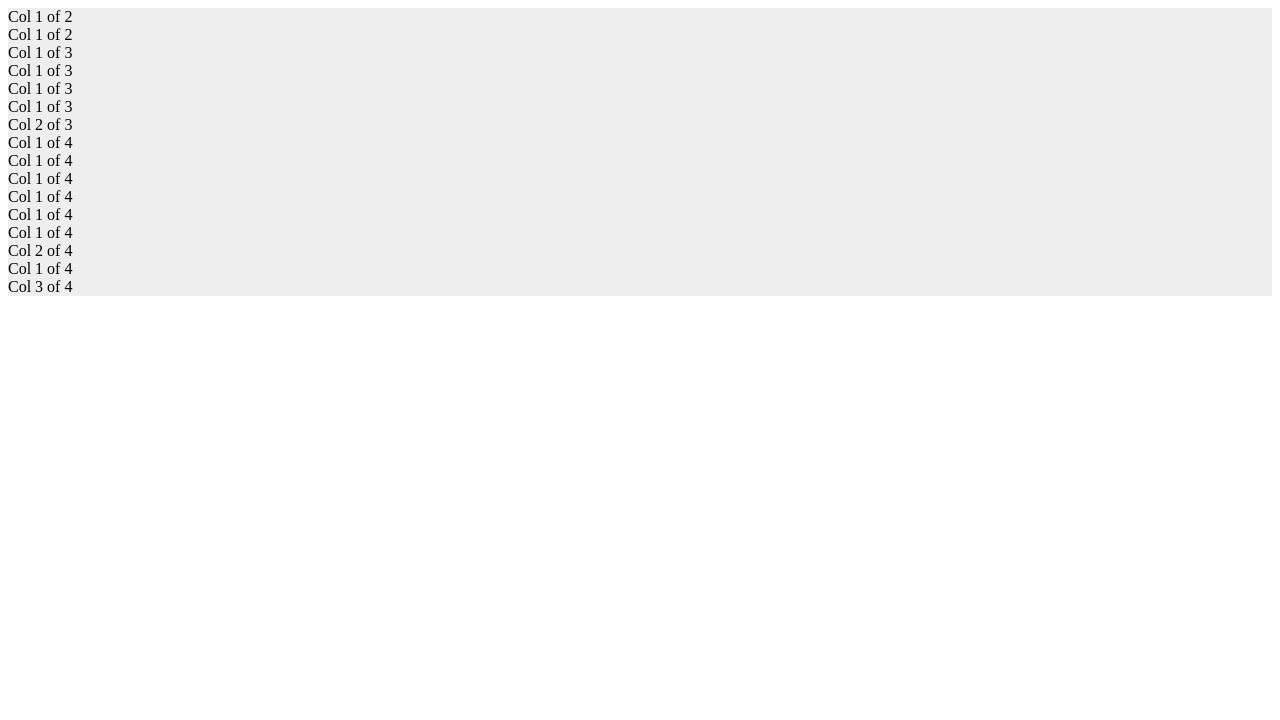
Repository: haokiet2501/grid-basic
Page: index.html
An editor plug-in stored every save of this project. The page is shown before and after the next save, followed by the edit.
The browser window is 1280 px wide. The pictures show the whole page.

Above is the page before, as saved 2022-08-11 18:36:03.

After the next save:
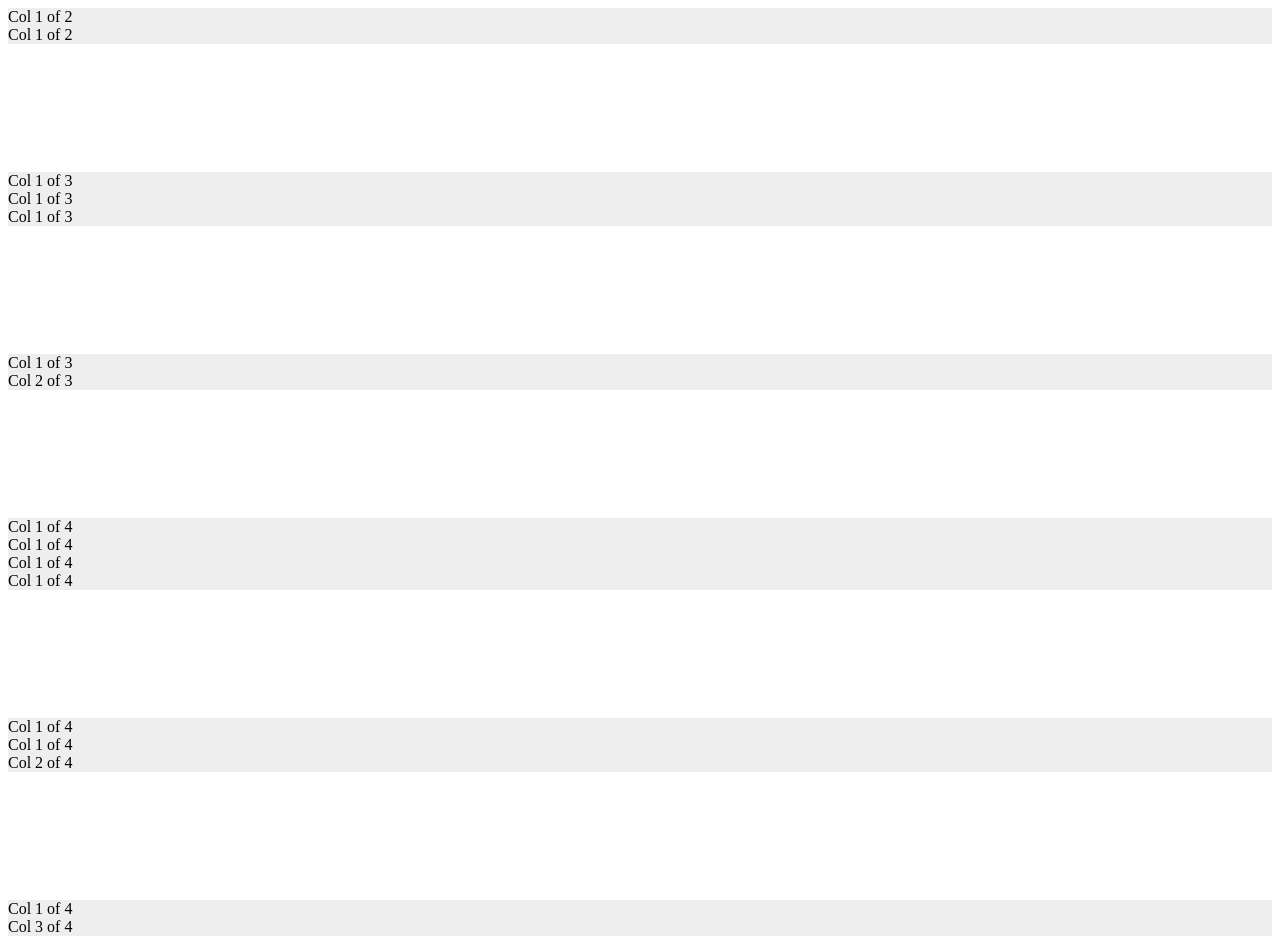
Saved 6 s later.
--- a/styles.css
+++ b/styles.css
@@ -11,5 +11,5 @@
 }
 
 .row:not(:last-child) {
-    margin-bottom: var(--gri);
+    margin-bottom: var(--gutter-vertical);
 }
